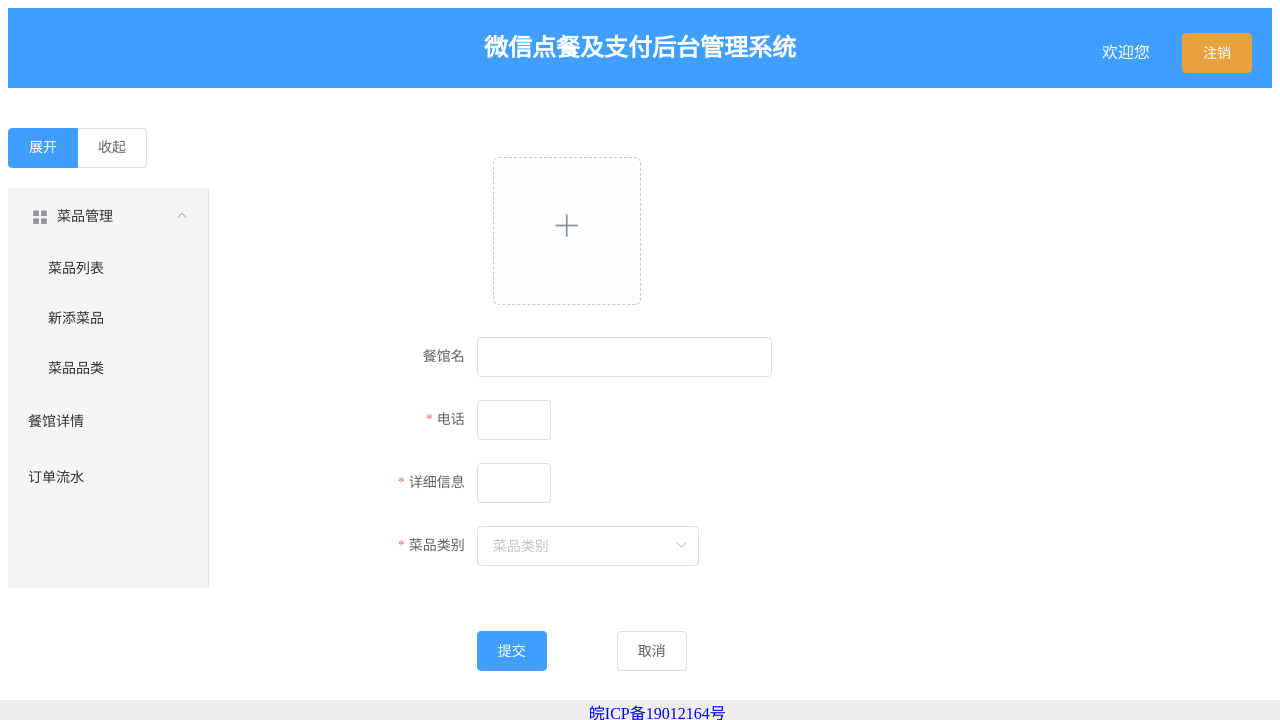
Repository: align-shi/order-web
Page: /pointpayment/hotelTable
An editor plug-in stored every save of this project. The page is shown before and after the next save, followed by the edit.
The browser window is 1280 px wide. The pictures show the whole page.
The page's requests for data from a server got no answer. The project was rebuilt for these pictures with package versions that can differ from the ones it lists, and the page was loaded fresh each time. No one was signed in, and anything a server would have sent is missing. Also part of the build but not shown: src/pages/login.vue.

Above is the page before, as saved 2020-03-11 20:55:59.

After the next save:
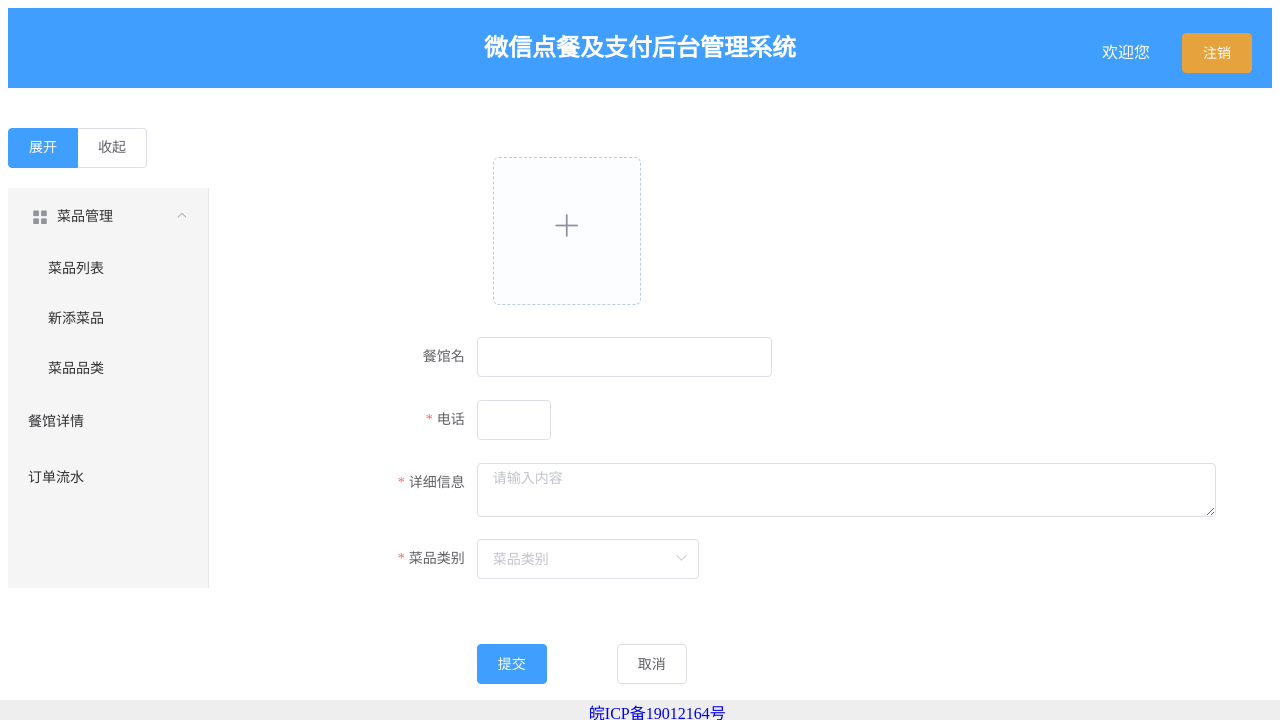
Saved 108 s later.
--- a/src/components/hotelTable.vue
+++ b/src/components/hotelTable.vue
@@ -27,7 +27,12 @@
             </el-form-item>
 
             <el-form-item label="详细信息" prop="price">
-                <el-input v-model="form.price" auto-complete="off" style="width:10%"></el-input>
+                <el-input
+                    type="textarea"
+                    :rows="2"
+                    placeholder="请输入内容"
+                    v-model="textarea">
+                </el-input>
             </el-form-item>
 
             <el-form-item label="菜品类别" prop="typeId">
